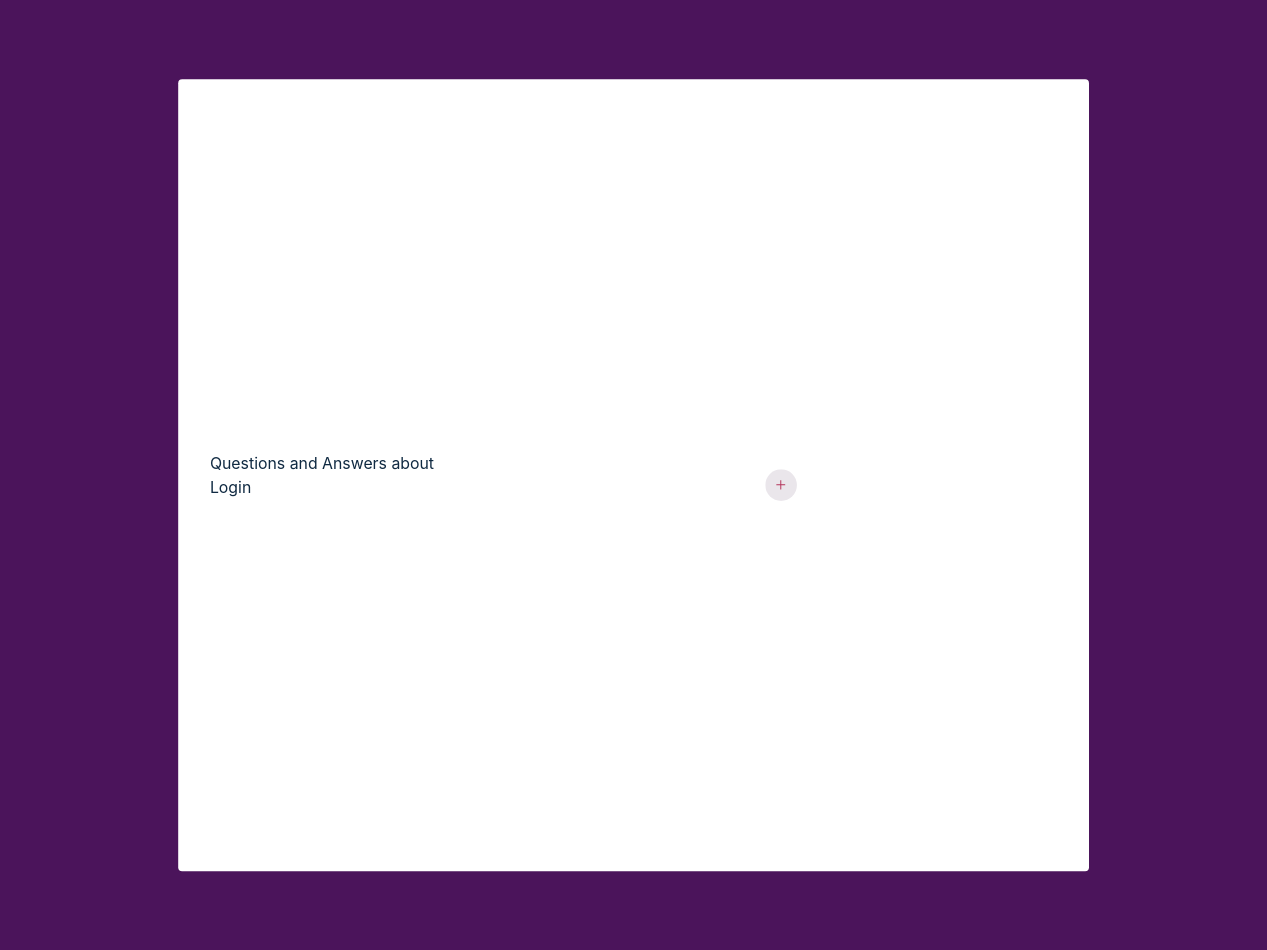
Repository: Reghanoid/Accordion
Page: /
An editor plug-in stored every save of this project. The page is shown before and after the next save, followed by the edit.
The browser window is 1280 px wide. The pictures show the whole page, at 99% of full size.
The project was rebuilt for these pictures with package versions that can differ from the ones it lists, and the page was loaded fresh each time.

Above is the page before, as saved 2022-06-06 15:22:35.

After the next save:
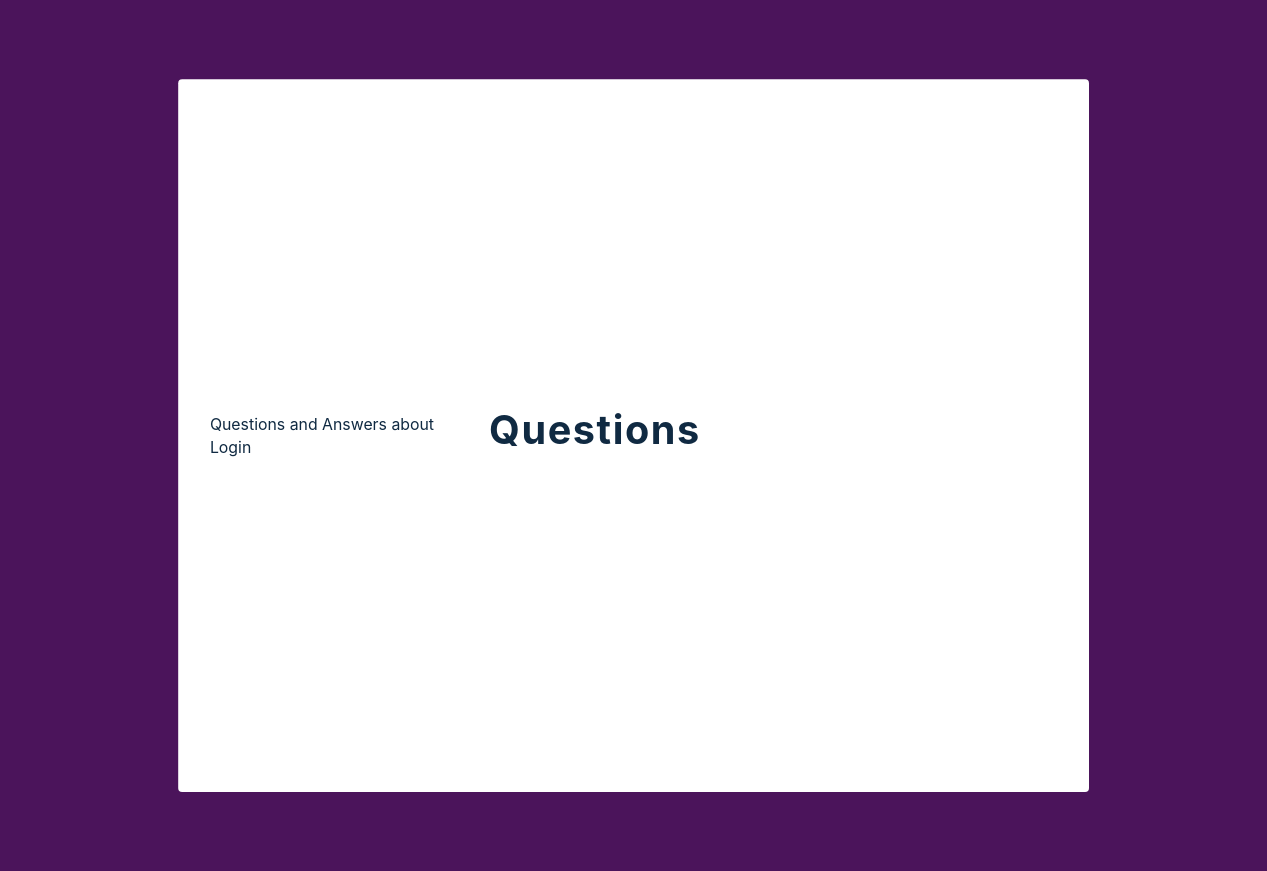
Saved 40 s later.
--- a/src/Question.js
+++ b/src/Question.js
@@ -4,19 +4,9 @@ const Question = (props) => {
   const [expand, setExpand] = useState(false)
 
   return (
-    <main>
-      <div>
-        <div>
-          <h4> </h4>
-          <p> {props.info} </p>
-
-          <button className='btn'>
-            {' '}
-            <AiOutlinePlus />
-          </button>
-        </div>
-      </div>
-    </main>
+    <>
+      <h2>Questions</h2>
+    </>
   )
 }
 
